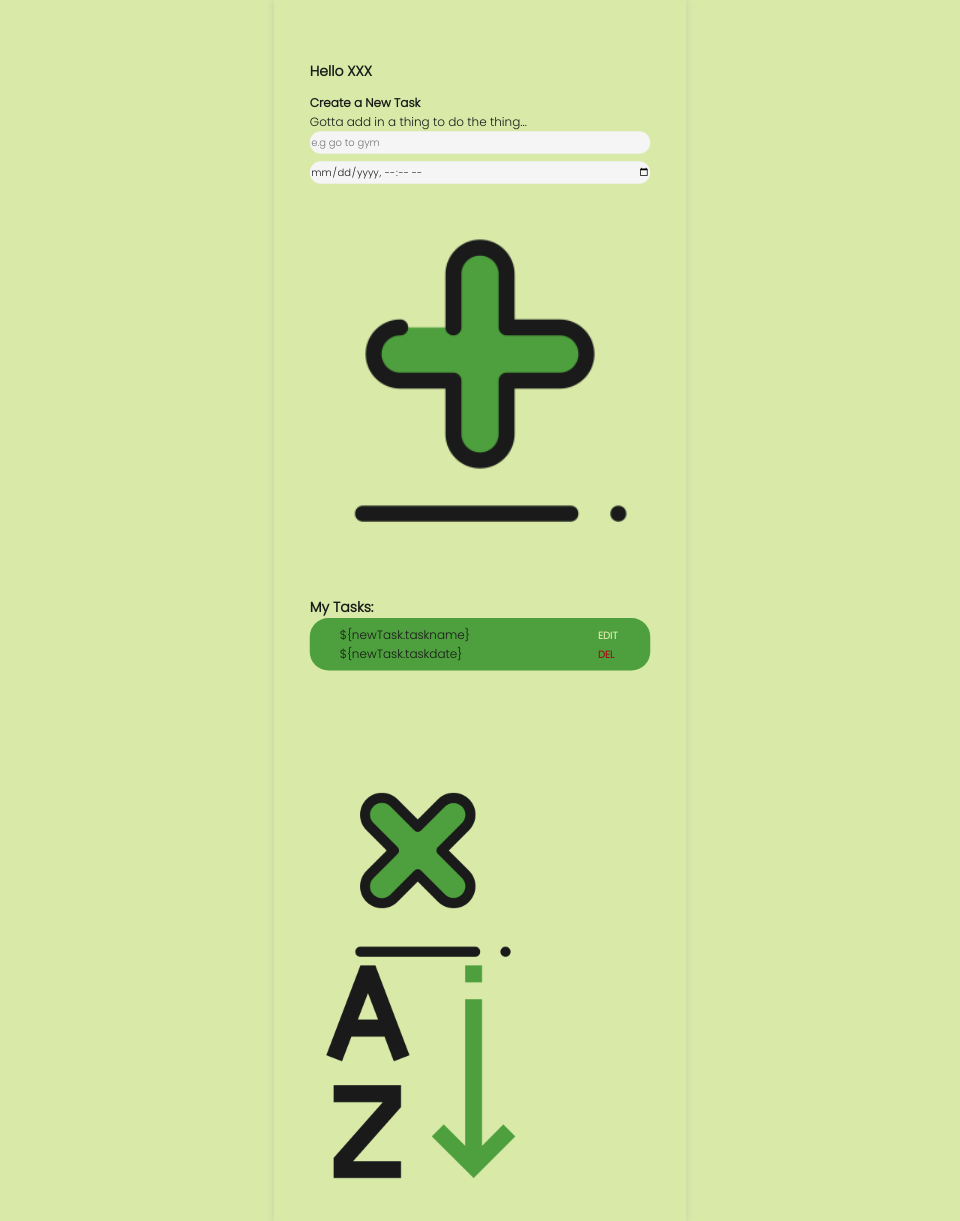
Repository: acidpixie/todo-app-version3
Page: index.html
These files come from the project's save history. The page is drawn as it stood at one moment and after the next save; the edit follows.
The browser window is 1280 px wide. The pictures show the whole page, at 75% of full size.

Above is the page before, as saved 2022-06-11 16:16:47.

### index.html
<!DOCTYPE html>
<html lang="en">
<head>
    <meta charset="UTF-8">
    <meta http-equiv="X-UA-Compatible" content="IE=edge">
    <meta name="viewport" content="width=device-width, initial-scale=1.0">
    <title>Todo Application</title>

    <link rel="stylesheet" type="text/css" href="/css/stylesheet.css">
    <script type="text/javascript" src="/js/script.js" defer></script>

    <!--google fonts - poppins-->
    <link rel="preconnect" href="https://fonts.googleapis.com">
    <link rel="preconnect" href="https://fonts.gstatic.com" crossorigin>
    <link href="https://fonts.googleapis.com/css2?family=Poppins:wght@200;300&display=swap" rel="stylesheet">


</head>
<body>

    <section>
        <header class="heading">
        <h3>Hello XXX</h3>
        </header>

        <div>
            <h4>Create a New Task</h4>
            <form>
                <label>Gotta add in a thing to do the thing...</label>
                <input type="text" class="user-input" id="input-task" placeholder="e.g go to gym">
                <p id="empty-input"></p>
                <input type="datetime-local" class="user-date" id="input-date">
                <img src="/images/add.png" type="submit" class="add-new-task" id="add-new-task-button"></img>
                </label>
            </form>
       </div>
    </section>

    <section>
        <div id="display-tasks" class="display">
            <h3>My Tasks:</h3>
            <ul class="task-item" id="task-list">
                <li class="list-item" id="list-item" data-id="${newTask.taskId}">
                    <div class="list-container">
                        <span class="list-input" id="list-input">${newTask.taskname}</span>
                        <span class="list-date-input" id="list-date-input">${newTask.taskdate}</span>
                    </div>
                    <div class="list-buttons">
                        <button class="edit-item" id="edit-item">EDIT</button>
                        <button class="delete-item" id="delete-item">DEL</button>
                    </div>
                </li>
            </ul>
        </div>
    </section>

    <section class="user-buttons" id="buttons-user">
        <img src="/images/delete.png" class="user-button" id="clear-button"></img>
        <img src="/images/sort-a-z.png" class="user-button" id="sort-button"></img>
    </section>


</body>
</html>

### css/stylesheet.css
/*color pallet
#191A19 - black
#1E5128 - dark green
#4E9F3D - light green
#D8E9A8 - whitish green gray
#f5f5f5 - white smoke
*/



* {
    box-sizing: border-box;
    font-family: "poppins", sans-serif;
    margin: 0;
}

body {
    background-color: #D8E9A8;
    color: #191A19;
    max-width: 550px;
    min-height: 100vh;
    margin: auto;
    box-shadow: 0 1px 10px 0px rgba(176, 173, 173, 0.467);
    position: relative;
}


section {
    padding: 3rem;
}

.heading {
    padding-top: 2rem;
    padding-bottom: 1rem;
}

form {
    display: flex;
    flex-direction: column;
}

input {
    height: 30px;
    border: none;
    color: #191A19;
    background-color: #f5f5f5;
    border-radius: 25px;
}

.user-date {
    margin-top: 10px;
}

li {
    display: flex;
    flex-direction: row;
    padding-left: 0;
    padding-top: 10px;
    list-style: none;
}

ul {
    height: 70px;
    background-color: #4E9F3D ;
    border-radius: 25px;
    align-items: center;
}

.edit-item {
    background-color: #4E9F3D;
    border: none;
    color: #D8E9A8;
    font-weight: 600;
    cursor: pointer;
}

.delete-item {
    background-color: #4E9F3D;
    border: none;
    color: #9a1616;
    font-weight: 600;
    cursor: pointer;
}

Loaded but not shown: js/script.js (no copy from this time; the picture is the same without it)

After the next save:
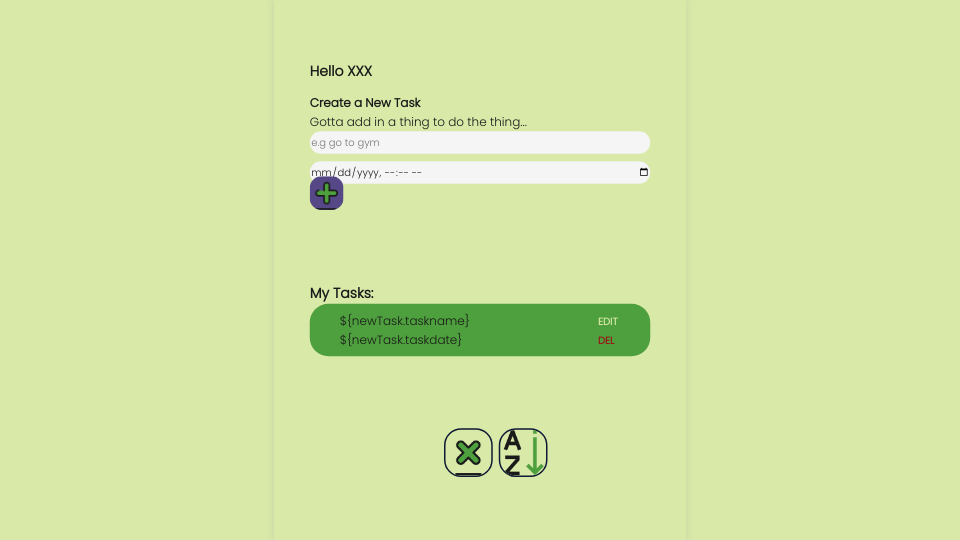
Saved 103 s later.
--- a/css/stylesheet.css
+++ b/css/stylesheet.css
@@ -81,3 +81,37 @@ ul {
     font-weight: 600;
     cursor: pointer;
 }
+
+
+.user-buttons {
+    display: flex;
+    flex-direction: row;
+    gap: 8px;
+    position: absolute;
+    bottom: 5%;
+    right: 25%;
+}
+
+.user-button {
+    display: flex;
+    height: 65px;
+    width: 65px;
+    gap: 10px;
+    border: solid 2px #101935;
+    border-radius: 35%;
+    cursor: pointer;
+
+}
+
+.add-new-task {
+    height: 45px;
+    width: 45px;
+    font-size: 28px;
+    color: #F2FDFF;
+    background-color: #564787;
+    margin-top: -10px;
+    border: none;
+    border-radius: 35%;
+    cursor: pointer;
+
+}
